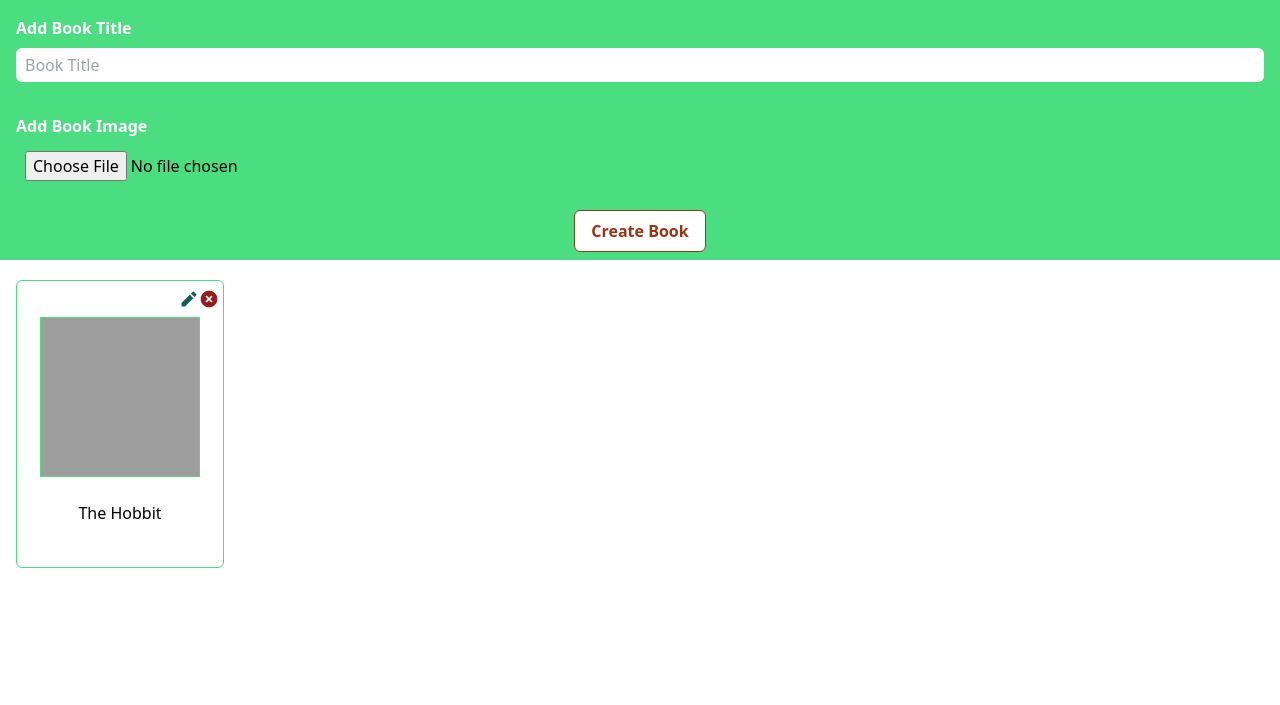
Repository: Marhamat92/booksappwithcontext
Page: /
The author's editor kept a copy of each file at every save. The page is drawn from the files as they stood at one save, then again after the next save.
The browser window is 1280 px wide. The pictures show the whole page.
Pictures or frames that could not be fetched are drawn as grey boxes. The project was rebuilt for these pictures with package versions that can differ from the ones it lists, and the page was loaded fresh each time. Requests to the local data server were answered from the project's data file. Also part of the build but not shown: src/App.css, src/components/Books/EditBook.tsx.

Above is the page before, as saved 2022-12-10 17:21:19.

After the next save:
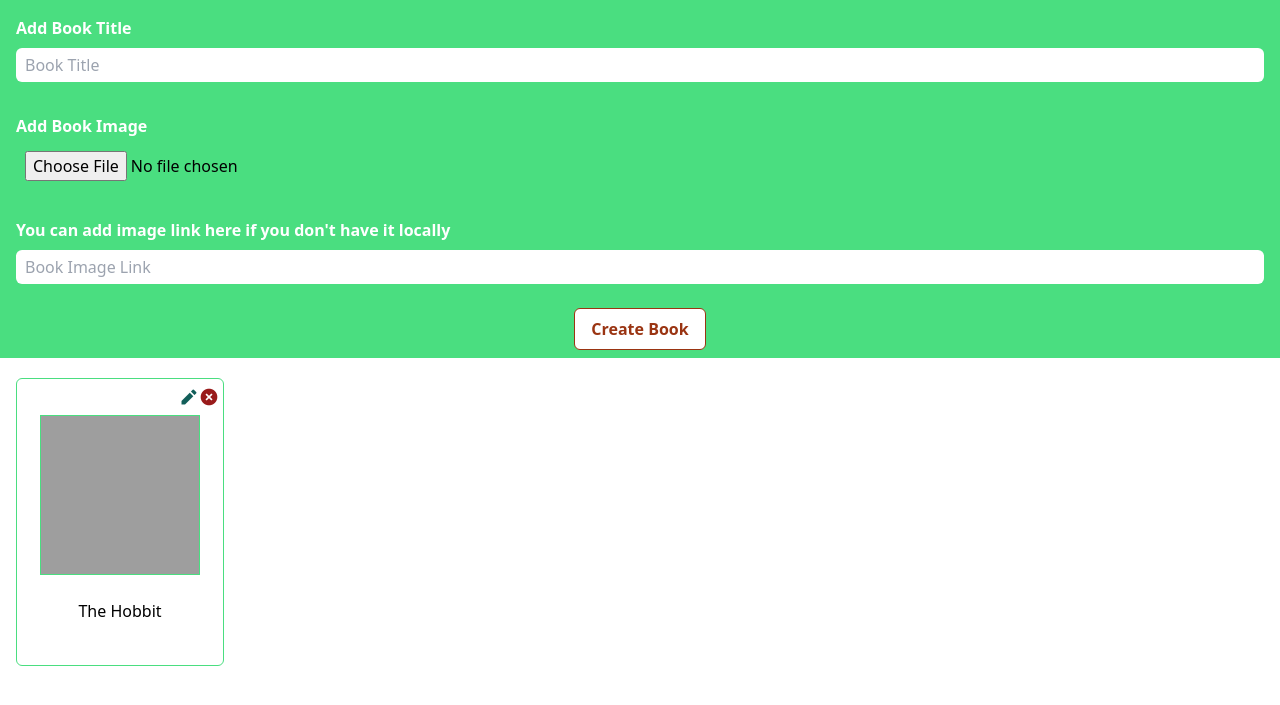
Saved 6 min 5 s later.
--- a/src/App.tsx
+++ b/src/App.tsx
@@ -76,6 +76,12 @@ function App() {
             onChange={handleTitleChange}
           />
           <ImageInput onChange={handleImageChange} label='Add Book Image' />
+          <TextInput
+            label="You can add image link here if you don't have it locally"
+            placeholder='Book Image Link'
+            value={imageLink}
+            onChange={(e) => setImageLink(e.target.value)}
+          />
           <div className='flex justify-center'>
             <MainButton
               onClick={handleCreateBook}
